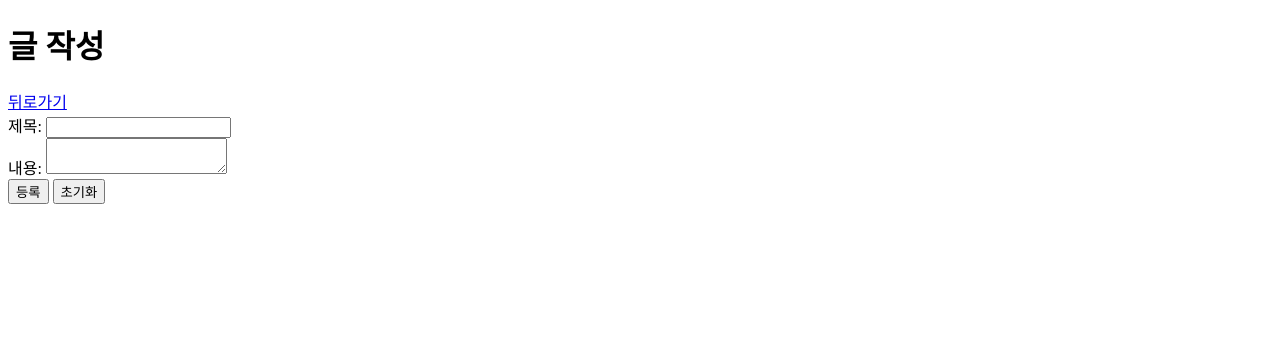
Repository: jennienterry/Board
Page: http://localhost/BoardVer2/write
An editor plug-in stored every save of this project. The page is shown before and after the next save, followed by the edit.
The browser window is 1280 px wide. The pictures show the whole page.
The page is served by Tomcat 9.

Above is the page before, as saved 2021-04-28 03:27:17.

After the next save:
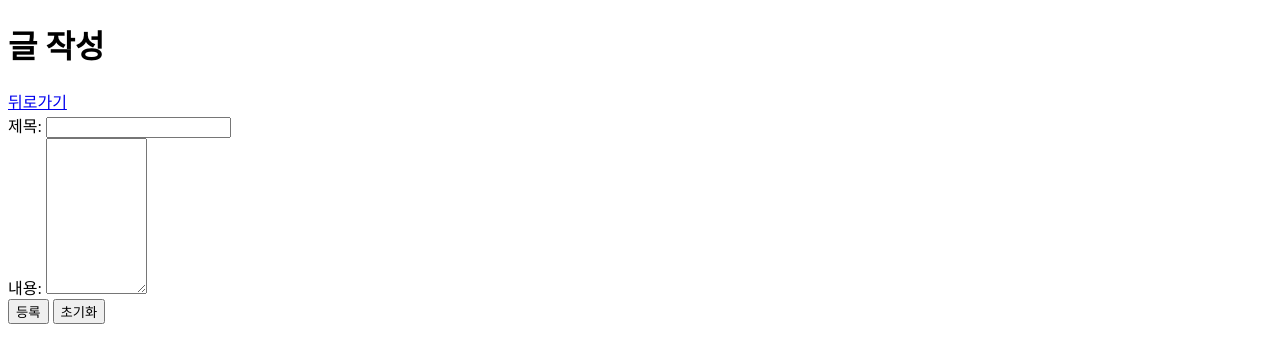
Saved 27 s later.
--- a/WebWorkspace/BoardVer2/src/main/webapp/WEB-INF/jsp/write.jsp
+++ b/WebWorkspace/BoardVer2/src/main/webapp/WEB-INF/jsp/write.jsp
@@ -12,7 +12,7 @@
 	<div>
 		<form action="/write" method="post">
 			<div>제목: <input type="text" name="title"></div>
-			<div>내용: <textarea name="ctnt"></textarea></div>
+			<div>내용: <textarea name="ctnt" rows="10" cols="10"></textarea></div>
 		<div>
 		<input type="submit" value="등록">
 		<input type="reset" value="초기화">
